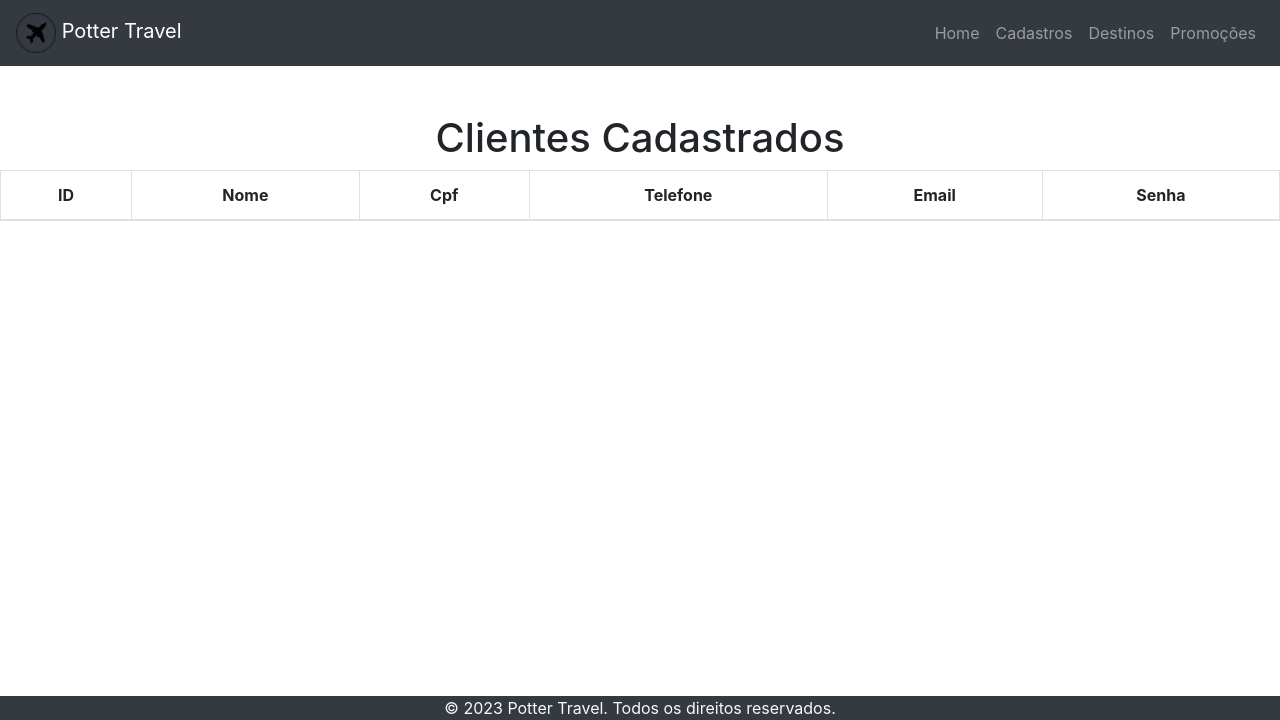
Repository: marcelledssantos/PotterTravel-MVC
Page: http://localhost/PotterTravel-MVC/ReadController
These files come from the project's save history. The page is drawn as it stood at one moment and after the next save; the edit follows.
The browser window is 1280 px wide. The pictures show the whole page.
Some web libraries are served in a nearby version. The page is served by Tomcat 9. Other server files are loaded and not shown. Queries for data that is not in the repository find no rows.

Above is the page before, as saved 2023-11-03 00:55:55.

### PotterTravel-MVC/src/main/webapp/clientes.jsp
<%@ page language="java" contentType="text/html; charset=UTF-8"
	pageEncoding="UTF-8"%>

	<%@ taglib prefix="jstl" uri="http://java.sun.com/jsp/jstl/core"%>

<!DOCTYPE html>
<html>
<head>
<meta charset="UTF-8">
<title>Clientes Cadastrados</title>
<link rel="stylesheet"
	href="https://maxcdn.bootstrapcdn.com/bootstrap/4.5.2/css/bootstrap.min.css">
</head>
<body class="text-center">

    <!-- Cabeçalho -->

    <header>
		<nav class="navbar navbar-expand-lg navbar-dark  bg-dark text-light">
			 <a class="navbar-brand" href="#">
            <img src="Icon/aviao.png" width="40" height="40" class="d-inline-block align-center" alt="Logo">
            Potter Travel</a>
        <button class="navbar-toggler" type="button" data-toggle="collapse" data-target="#navbarNav"
            aria-controls="navbarNav" aria-expanded="false" aria-label="Toggle navigation">
            <span class="navbar-toggler-icon"></span>
        </button>
				<div class="collapse navbar-collapse" id="navbarNav">
					<ul class="navbar-nav ml-auto">
						<li class="nav-item"><a class="nav-link" href="index.html">Home</a>
						</li>
						<li class="nav-item"><a class="nav-link"
							href="./ReadController">Cadastros</a></li>
						<li class="nav-item"><a class="nav-link" href="#">Destinos</a></li>
						<li class="nav-item"><a class="nav-link" href="#">Promoções</a>
						</li>
					</ul>
				</div>
			</div>
		</nav>
	</header>

	<h1 class="mt-5">Clientes Cadastrados</h1>
		<table class="table table-bordered">
			<thead>
				<tr>
					<th>ID</th>
					<th>Nome</th>
					<th>Cpf</th>
					<th>Telefone</th>
					<th>Email</th>
					<th>Senha</th>
				</tr>
			</thead>
			<tbody>
				<jstl:forEach items="${clientes}" var="cliente">
					<tr>
						<td>${cliente.id}</td>
						<td>${cliente.nome}</td>
						<td>${cliente.cpf}</td>
						<td>${cliente.telefone}</td>
						<td>${cliente.email}</td>
						<td>${cliente.senha}</td>
						<td>
							<td>
							<a href="UpdateController?id=${cliente.id}"
							onclick="return confirm('Editar cliente??')"
							class="btn btn-dark">Atualizar</a>
							<a href="DeleteController?id=${cliente.id}"
							onclick="return confirm('Deseja Excluir?')"
							class="btn btn-danger">Excluir</a>
						</td>
					</tr>
				</jstl:forEach>
			</tbody>
		</table>

	 <!-- Rodapé -->

     <footer class="bg-dark text-light text-center mt -5 fixed-bottom">
        &copy; 2023 Potter Travel. Todos os direitos reservados.
    </footer>


	<script src="https://code.jquery.com/jquery-3.5.1.slim.min.js"></script>
	<script
		src="https://cdn.jsdelivr.net/npm/@popperjs/core@2.5.3/dist/umd/popper.min.js"></script>
	<script
		src="https://maxcdn.bootstrapcdn.com/bootstrap/4.5.2/js/bootstrap.min.js"></script>

</body>
</html>

### PotterTravel-MVC/src/main/java/controller/ReadController.java
package controller;

import java.io.IOException;
import java.util.List;
import javax.servlet.RequestDispatcher;
import javax.servlet.ServletException;
import javax.servlet.annotation.WebServlet;
import javax.servlet.http.HttpServlet;
import javax.servlet.http.HttpServletRequest;
import javax.servlet.http.HttpServletResponse;

import dao.ClienteDAO;
import model.Cliente;

@WebServlet("/ReadController")
public class ReadController extends HttpServlet {
	private static final long serialVersionUID = 1L;

	protected void doGet(HttpServletRequest req, HttpServletResponse res)
			throws ServletException, IOException {
		try {
			ClienteDAO cDAO = new ClienteDAO();
			List<Cliente> clientes = cDAO.findClientes();
			req.setAttribute("clientes", clientes);

			RequestDispatcher rd = req.getRequestDispatcher("clientes.jsp");
			rd.forward(req, res);


		} catch (Exception e) {
			e.printStackTrace();
		}


	}

}

### PotterTravel-MVC/src/main/java/dao/ClienteDAO.java
package dao;

import java.sql.Connection;
import java.sql.PreparedStatement;
import java.sql.ResultSet;
import java.util.ArrayList;
import java.util.List;
import connectionDataBase.ConnectionDataBase;
import model.Cliente;
public class ClienteDAO {

	public void createCliente(Cliente cliente) {
		String sql = "INSERT INTO cliente(nome, cpf, telefone, email, senha)" + "VALUES(?,?,?,?,?)";

		Connection conn = null;
		PreparedStatement pstm = null;

		try {

			conn = ConnectionDataBase.createConnectionToMySQL();
			pstm = conn.prepareStatement(sql);

			pstm.setString(1, cliente.getNome());
			pstm.setString(2, cliente.getCpf());
			pstm.setString(3, cliente.getTelefone());
			pstm.setString(4, cliente.getEmail());
			pstm.setString(5, cliente.getSenha());
			pstm.execute();

			System.out.println("Cliente criado com sucesso!");

		} catch (Exception e) {
			e.printStackTrace();
		}
	}

	public Cliente findCliente(int id) {
		Cliente cliente= null;
	  String sql = "SELECT * FROM Cliente WHERE id=?";

			Connection conn = null;
			PreparedStatement pstm = null;

			ResultSet rset = null;


			try {
				try {
					conn = ConnectionDataBase.createConnectionToMySQL();
					pstm = conn.prepareStatement(sql);
					rset = pstm.executeQuery();

				while (rset.next()) {
					cliente = new Cliente();
					cliente.setId(rset.getInt("id"));
					cliente.setNome(rset.getString("nome"));
					cliente.setCpf(rset.getString("cpf"));
					cliente.setTelefone(rset.getString("telefone"));
					cliente.setEmail(rset.getString("email"));
					cliente.setSenha(rset.getString("senha"));
				}

			} catch (Exception e) {
				e.printStackTrace();
			} finally {
				try {
					if (rset != null) {
						rset.close();
					}
					if (pstm != null) {
						pstm.close();
					}
					if (conn != null) {
						conn.close();
					}
				} catch (Exception e) {
					e.printStackTrace();
				}
			}
			} finally {

			}
			return cliente;

		}
	public List<Cliente> findClientes() {
		String sql = "SELECT * FROM Cliente";
		List<Cliente> clientes = new ArrayList<Cliente>();

		Connection conn = null;
		PreparedStatement pstm = null;

		ResultSet rset = null;

		try {
			conn = ConnectionDataBase.createConnectionToMySQL();
			pstm = conn.prepareStatement(sql);
			rset = pstm.executeQuery();

			while (rset.next()) {
				Cliente cliente = new Cliente();

				cliente.setId(rset.getInt("id"));
				cliente.setNome(rset.getString("nome"));
				cliente.setCpf(rset.getString("cpf"));
				cliente.setTelefone(rset.getString("telefone"));
				cliente.setEmail(rset.getString("email"));
				cliente.setSenha(rset.getString("senha"));
				clientes.add(cliente);
			}
		} catch (Exception e) {
			e.printStackTrace();

		} finally {
			try {
				if (rset != null) {
					rset.close();
				}
				if (pstm != null) {
					pstm.close();
				}
				if (conn != null) {
					conn.close();
				}
			} catch (Exception e) {
				e.printStackTrace();
			}
		}
		return clientes;
	}

	public void update(Cliente cliente) {

		String sql = "UPDATE cliente SET nome = ?, cpf = ?, telefone = ?, email = ?, senha = ? "
				+ "WHERE id = ?";

		Connection conn = null;
		PreparedStatement pstm = null;

		try {

		conn = ConnectionDataBase.createConnectionToMySQL();
		pstm = conn.prepareStatement(sql);
		pstm.setString(1, cliente.getNome());
		pstm.setString(2, cliente.getCpf());
		pstm.setString(3, cliente.getTelefone());
		pstm.setString(4, cliente.getEmail());
		pstm.setString(5, cliente.getSenha());
		pstm.setInt(6, cliente.getId());
		pstm.execute();

		} catch (Exception e) {

			e.printStackTrace();
		} finally {

			// Fecha as conexões

			try {
				if (pstm != null) {

					pstm.close();
				}

				if (conn != null) {
					conn.close();
				}

			} catch (Exception e) {

				e.printStackTrace();
			}
		}
	}
	public Cliente getClienteById(int id) {

		String sql = "SELECT *FROM  cliente WHERE id = ?";
		Cliente cliente = new Cliente();

		ResultSet rset= null;
		Connection conn = null;
		PreparedStatement pstm = null;

		try {

			conn = ConnectionDataBase.createConnectionToMySQL();
			pstm = conn.prepareStatement(sql);
			pstm.setInt(1, id);
			rset = pstm.executeQuery();

			rset.next();

			cliente.setNome(rset.getString("nome"));
			cliente.setCpf(rset.getString("cpf"));
			cliente.setTelefone(rset.getString("telefone"));
			cliente.setEmail(rset.getString("email"));
			cliente.setSenha(rset.getString("senha"));
			cliente.setId(rset.getInt("id"));

			/*pstm.setString(1, cliente.getNome());
			pstm.setString(2, cliente.getCpf());
			pstm.setString(3, cliente.getTelefone());
			pstm.setString(4, cliente.getEmail());
			pstm.setString(5, cliente.getSenha());
			pstm.setInt(6, cliente.getId());
			pstm.execute();
		*/

		} catch (Exception e) {
			e.printStackTrace();
		} finally {
			try {
				if (pstm != null) {
					pstm.close();
				}
				if (conn != null) {
					conn.close();
				}
			} catch (Exception e) {
				e.printStackTrace();
			}
		}

		return cliente;
	}
	public void removeById(int id) {
		String sql = "DELETE FROM cliente WHERE id = ?";

		Connection conn = null;
		PreparedStatement pstm = null;

		try {
			conn = ConnectionDataBase.createConnectionToMySQL();
			pstm = conn.prepareStatement(sql);
			pstm.setInt(1, id);
			pstm.execute();

		} catch (Exception e) {
			e.printStackTrace();
		} finally {

			try {
				if (pstm != null) {
					pstm.close();
				}
			} catch (Exception e) {
				e.printStackTrace();
			}

		}
	}
 {

	}



}

### PotterTravel-MVC/src/main/java/connectionDataBase/ConnectionDataBase.java
package connectionDataBase;

import java.sql.Connection;
import java.sql.DriverManager;

public class ConnectionDataBase {

	private static final String USERNAME = "root";

	private static final String PASSWORD = "Dorgas100!";

	private static final String DATABASE_URL =
			"jdbc:mysql://localhost:3306/agencia_viagem";

	public static Connection createConnectionToMySQL() throws Exception{
		Class.forName("com.mysql.cj.jdbc.Driver");

		Connection connection =
	DriverManager.getConnection(DATABASE_URL,USERNAME,PASSWORD);
		return connection;
	}
	public static void main(String[] args) throws Exception{
		Connection con = createConnectionToMySQL();
		if(con !=null) {
			System.out.println("Conexão obtida com sucesso" + con);

		}
	}
}

After the next save:
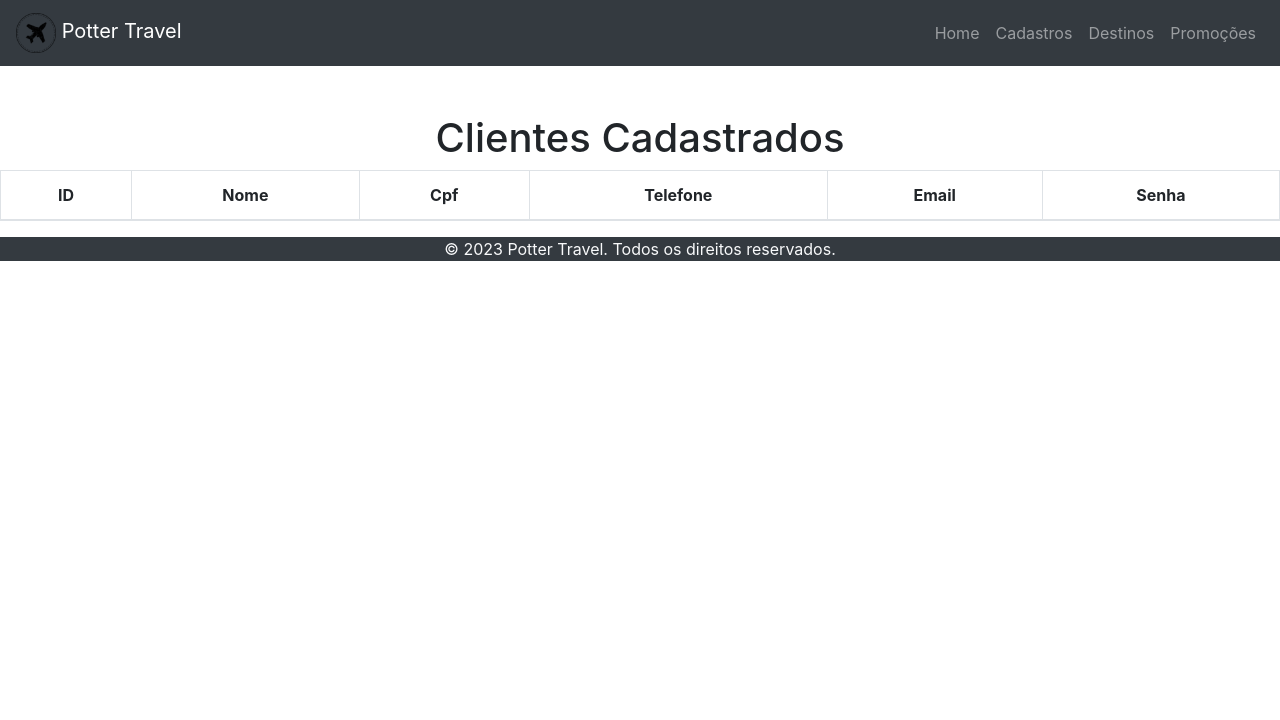
Saved 18 s later.
--- a/PotterTravel-MVC/src/main/webapp/clientes.jsp
+++ b/PotterTravel-MVC/src/main/webapp/clientes.jsp
@@ -76,7 +76,7 @@
 
 	 <!-- Rodapé -->
 
-     <footer class="bg-dark text-light text-center mt -5 fixed-bottom">
+     <footer class="bg-dark text-light text-center">
         &copy; 2023 Potter Travel. Todos os direitos reservados.
     </footer>
 

After the save that followed:
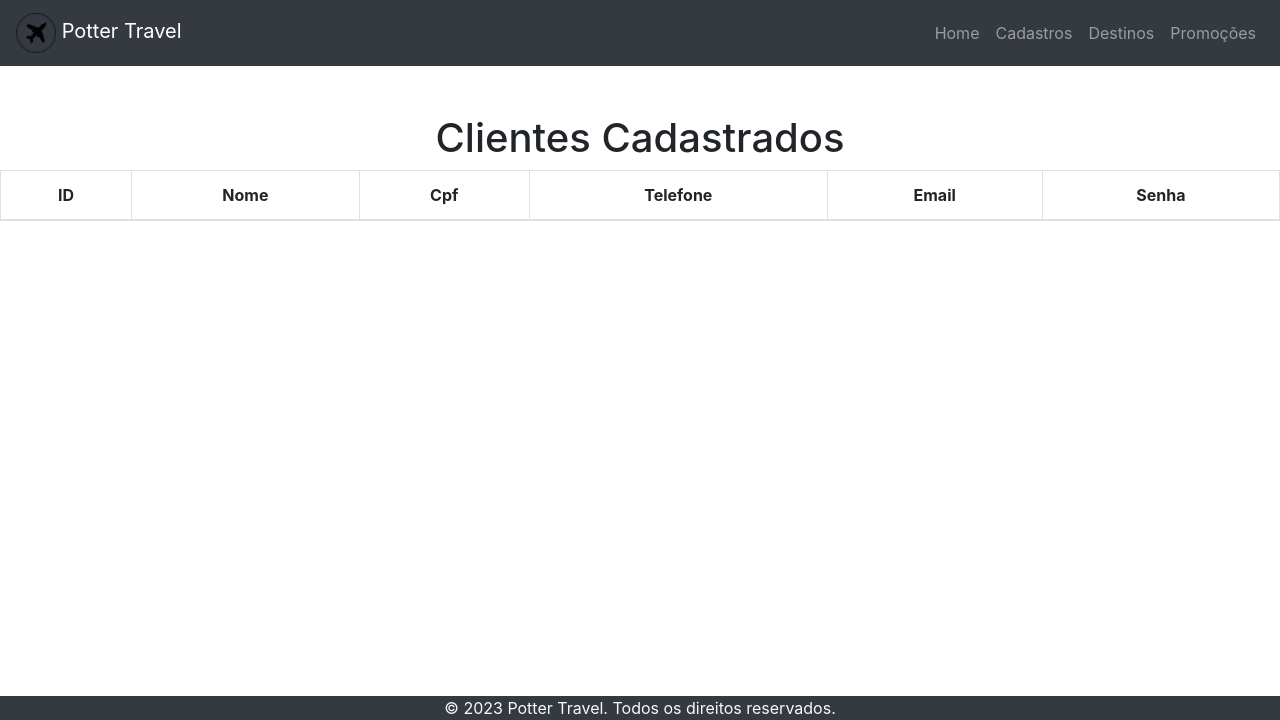
Saved 14 s later.
--- a/PotterTravel-MVC/src/main/webapp/clientes.jsp
+++ b/PotterTravel-MVC/src/main/webapp/clientes.jsp
@@ -76,7 +76,7 @@
 
 	 <!-- Rodapé -->
 
-     <footer class="bg-dark text-light text-center">
+     <footer class="bg-dark text-light text-center mt -5 fixed-bottom">
         &copy; 2023 Potter Travel. Todos os direitos reservados.
     </footer>
 
